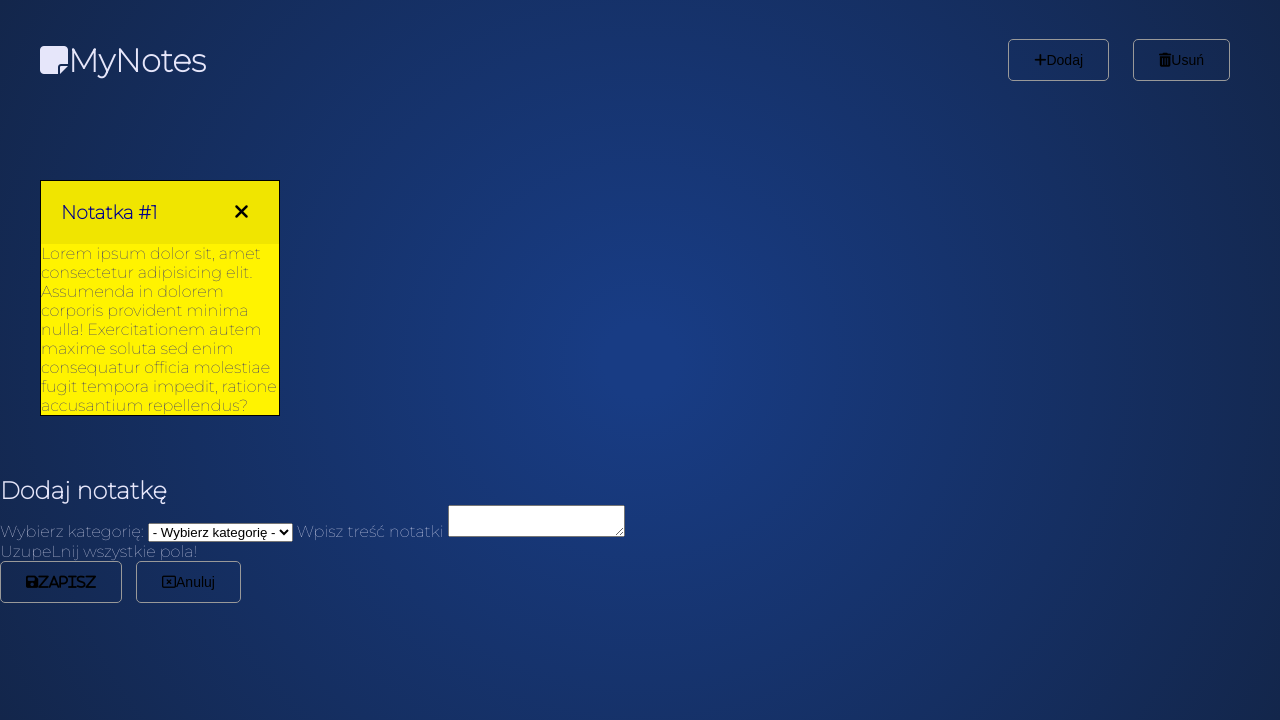
Repository: KrzysKolo/Projekt-7_Notes
Page: js/index.html
An editor plug-in stored every save of this project. The page is shown before and after the next save, followed by the edit.
The browser window is 1280 px wide. The pictures show the whole page.
Some web libraries are served in a nearby version.

Above is the page before, as saved 2020-07-07 13:53:18.
Console error: SyntaxError: Unexpected token '<'

After the next save:
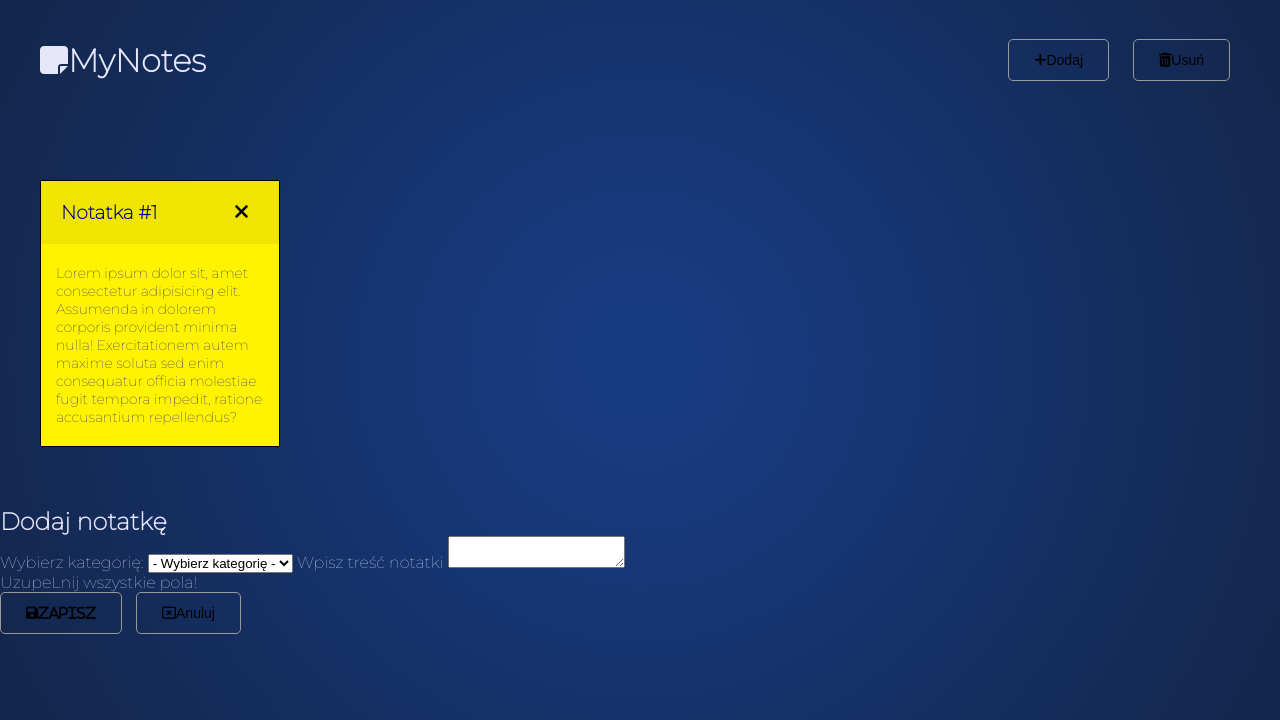
Saved 34 s later.
--- a/css/style.css
+++ b/css/style.css
@@ -69,3 +69,7 @@ body {
   border: none;
   cursor: pointer;
 }
+.note-body {
+  padding: 20px 15px;
+  font-size: 14px;
+}
